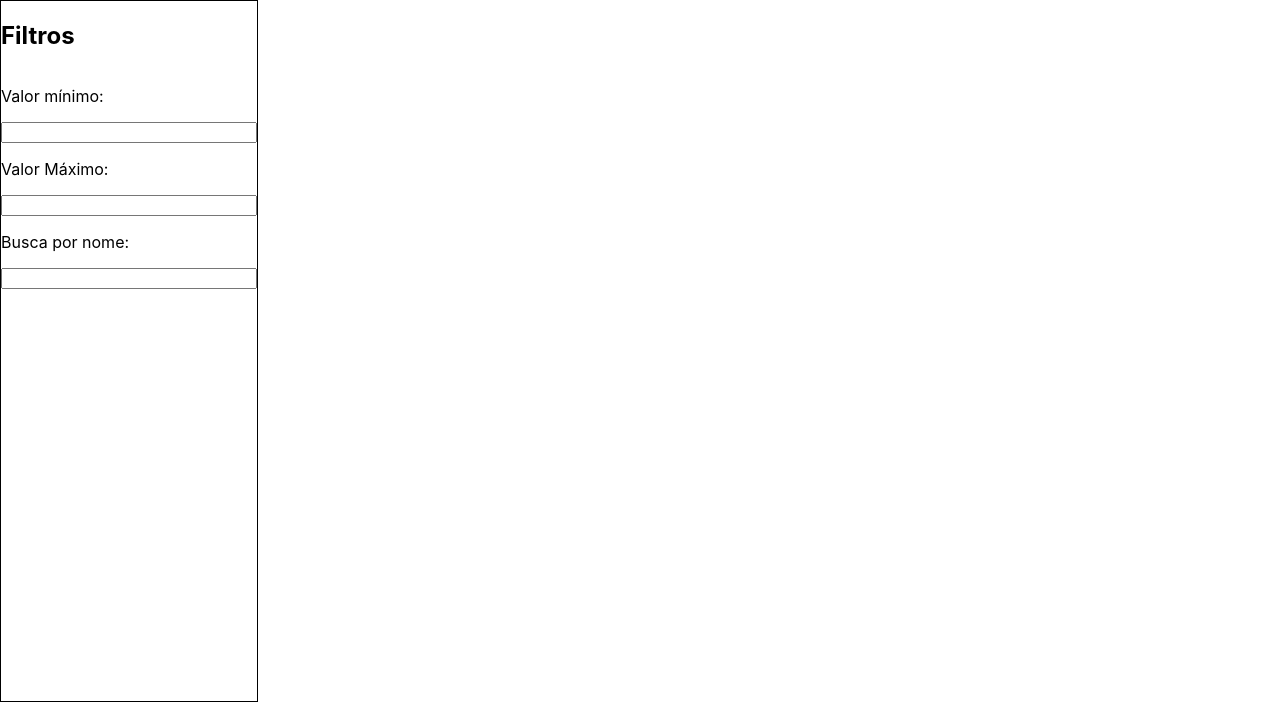
Repository: future4code/Shaw-labe-commerce9
Page: /
An editor plug-in stored every save of this project. The page is shown before and after the next save, followed by the edit.
The browser window is 1280 px wide. The pictures show the whole page.
The project was rebuilt for these pictures with package versions that can differ from the ones it lists, and the page was loaded fresh each time. Also part of the build but not shown: src/App.css.

Above is the page before, as saved 2022-03-30 16:31:17.

### src/App.js
import React from 'react';
import './App.css';
import Filtro from './components/filtro';




class App extends React.Component{
  render(){
    return(

      <div>
      <Filtro />




      </div>


    )
  }

}

export default App

### src/components/filtro.jsx
import React from "react";
import styled from "styled-components";


const ContainerFiltro =styled.div`
display: flex;
flex-direction: column;
justify-content: flex-start;
width: 20%;
border: 1px solid black;
height:700px;


`






export default class Filtro extends React.Component {

    state = {
        inputValorMin:100,
        inputValorMax:'',
        inputBuscaNome:''
    }




onChangeFilter =(event) => {

this.setState({

    inputValorMin: event.target.value,
    inputValorMax: event.target.value,
    inputBuscaNome: event.target.value

})

}


    render(){

        return(

        <ContainerFiltro>

        <h2>Filtros</h2>
        <p>Valor mínimo: </p>
        <input type="number" value={this.state.inputValorMin.value} />
        <p>Valor Máximo: </p>
        <input type="number" value={this.state.inputValorMax.value} />
        <p>Busca por nome: </p>
        <input type="text" value={this.state.inputBuscaNome.value}  />


         </ContainerFiltro>

        )
    }
}

Loaded but not shown: public/index.html (common file); src/index.js (common file); src/index.css (common file); src/serviceWorker.js (common file)

After the next save:
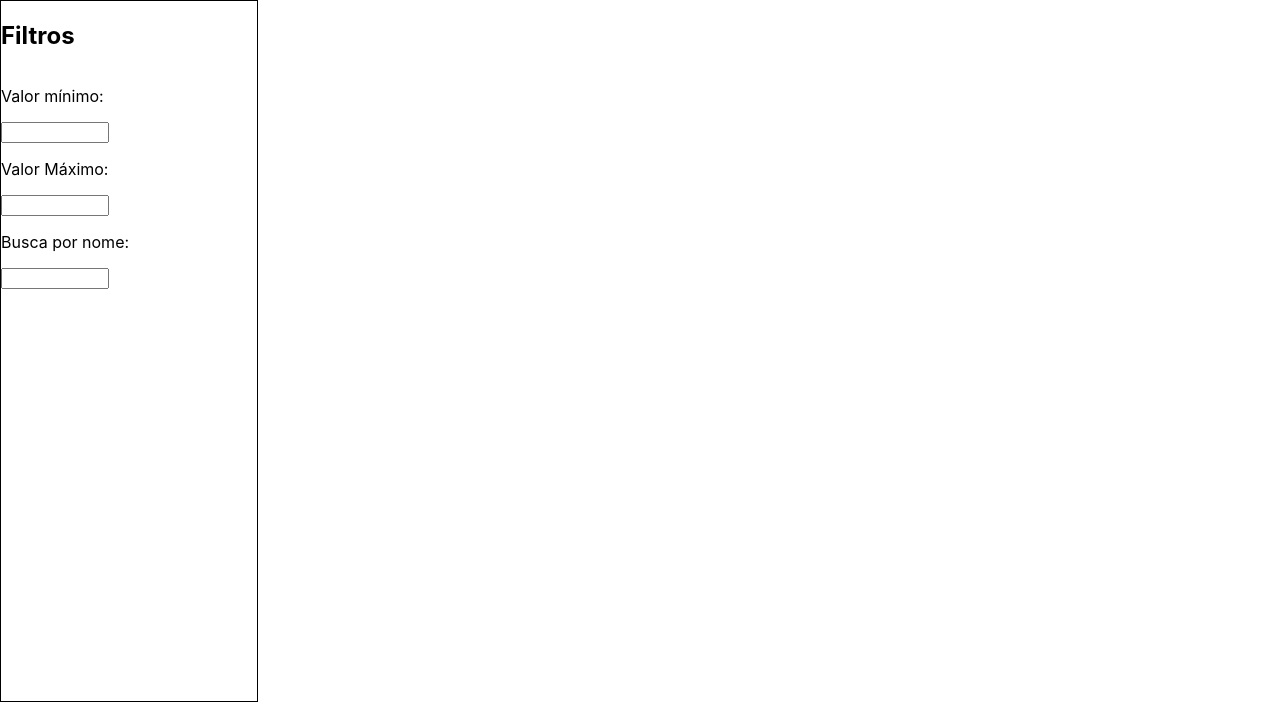
Saved 113 s later.
--- a/src/components/filtro.jsx
+++ b/src/components/filtro.jsx
@@ -10,6 +10,9 @@ width: 20%;
 border: 1px solid black;
 height:700px;
 
+input{
+    width: 100px;
+}
 
 `
 
